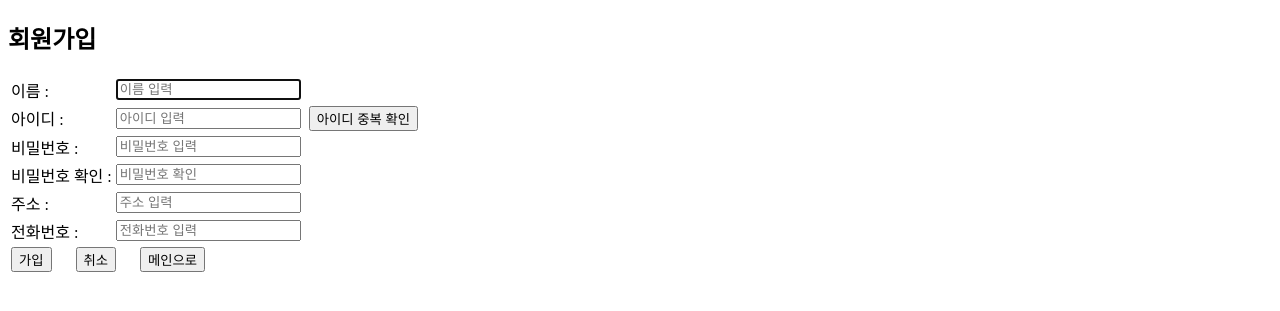
Repository: skdltm12/jsp1
Page: http://localhost/web01/join.jsp
These files come from the project's save history. The page is drawn as it stood at one moment and after the next save; the edit follows.
The browser window is 1280 px wide. The pictures show the whole page.
The page is served by Tomcat 9.

Above is the page before, as saved 2022-04-28 00:52:20.

After the next save:
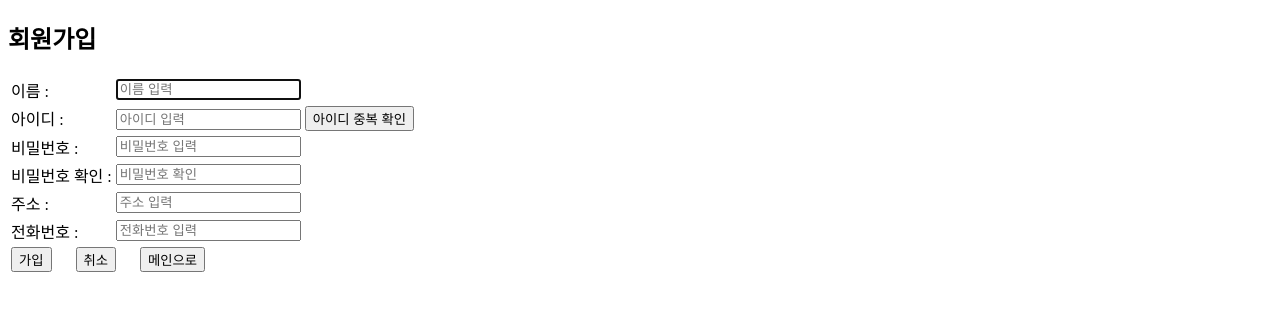
Saved 3 min 58 s later.
--- a/web01/src/main/webapp/join.jsp
+++ b/web01/src/main/webapp/join.jsp
@@ -20,9 +20,11 @@
 			</tr>
 			<tr>
 				<td>아이디 : </td>
-				<td><input type="text" id="uid" name="uid" placeholder="아이디 입력" value="" required></td>
-				<td><input type="hidden" id="idck" name="idck" value=""></td>
-				<td><button onclick="idCheck()">아이디 중복 확인</button></td>
+				<td>
+					<input type="text" id="uid" name="uid" placeholder="아이디 입력" value="" required>
+					<input type="hidden" id="idck" name="idck" value="">
+					<input type="button" onclick="idCheck()" value="아이디 중복 확인">
+				</td>
 			</tr>
 			<tr>
 				<td>비밀번호 : </td>
